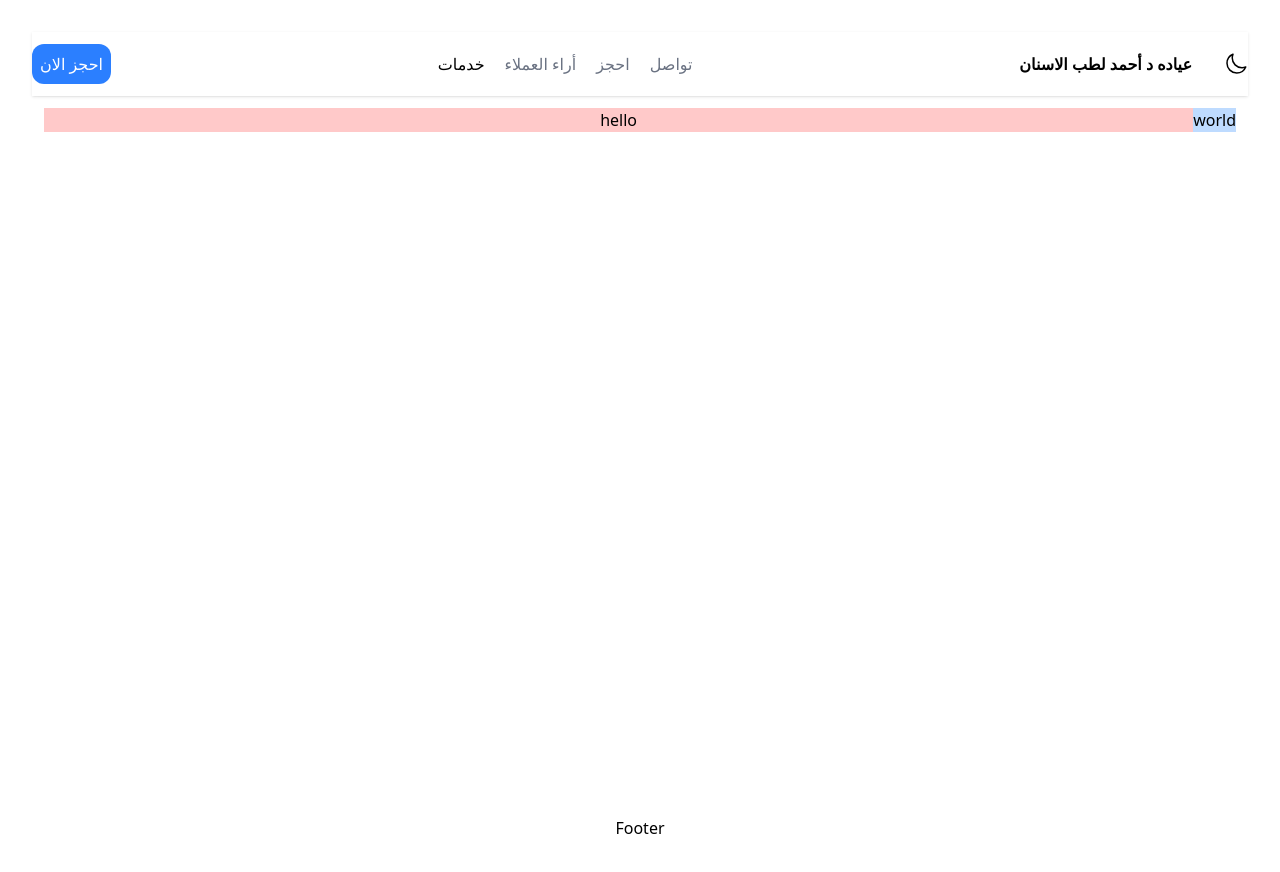
Repository: mohamedehab23-pro/clinic
Page: /
These files come from the project's save history. The page is drawn as it stood at one moment and after a run of saves; the edit follows.
The browser window is 1280 px wide. The pictures show the whole page.
The project was rebuilt for these pictures with package versions that can differ from the ones it lists, and the page was loaded fresh each time. Also part of the build but not shown: vite.config.js, src/Pages/AboutPage.jsx, src/Pages/ContactPage.jsx, src/Pages/NotFound.jsx, src/Components/Child.jsx, src/Components/Parent.jsx.

Above is the page before, as saved 2026-02-22 13:54:46.

After the next 2 saves:
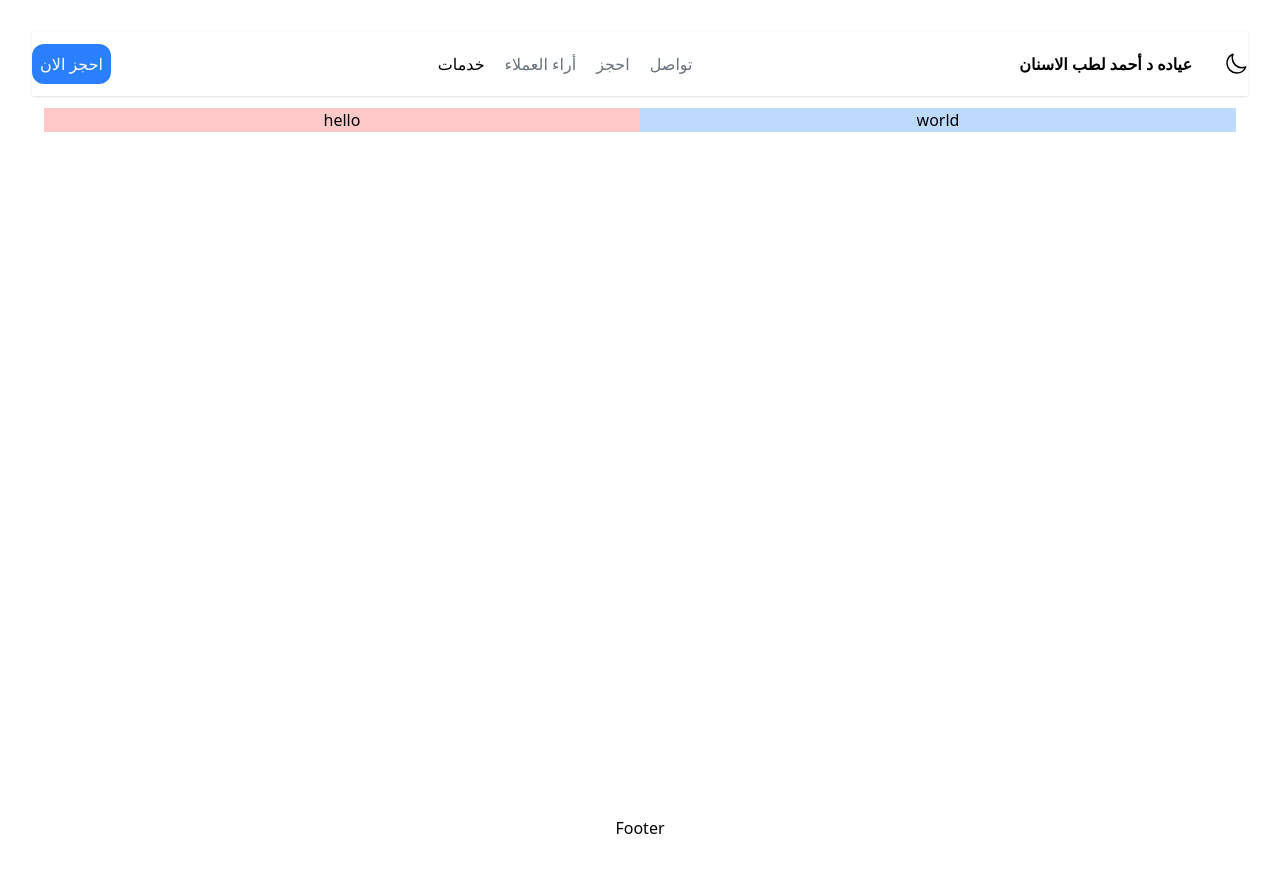
The 2 saves are shown as one change because they came seconds apart.
The last was saved 13 s later.
--- a/src/Pages/HeroPage.jsx
+++ b/src/Pages/HeroPage.jsx
@@ -7,7 +7,7 @@ export default function HomePage() {
 <div className='bg-red-200 w-full'>
   hello
 </div>
-<div className='bg-blue-200'>
+<div className='bg-blue-200 w-full'>
   world
 </div>
       </div>
